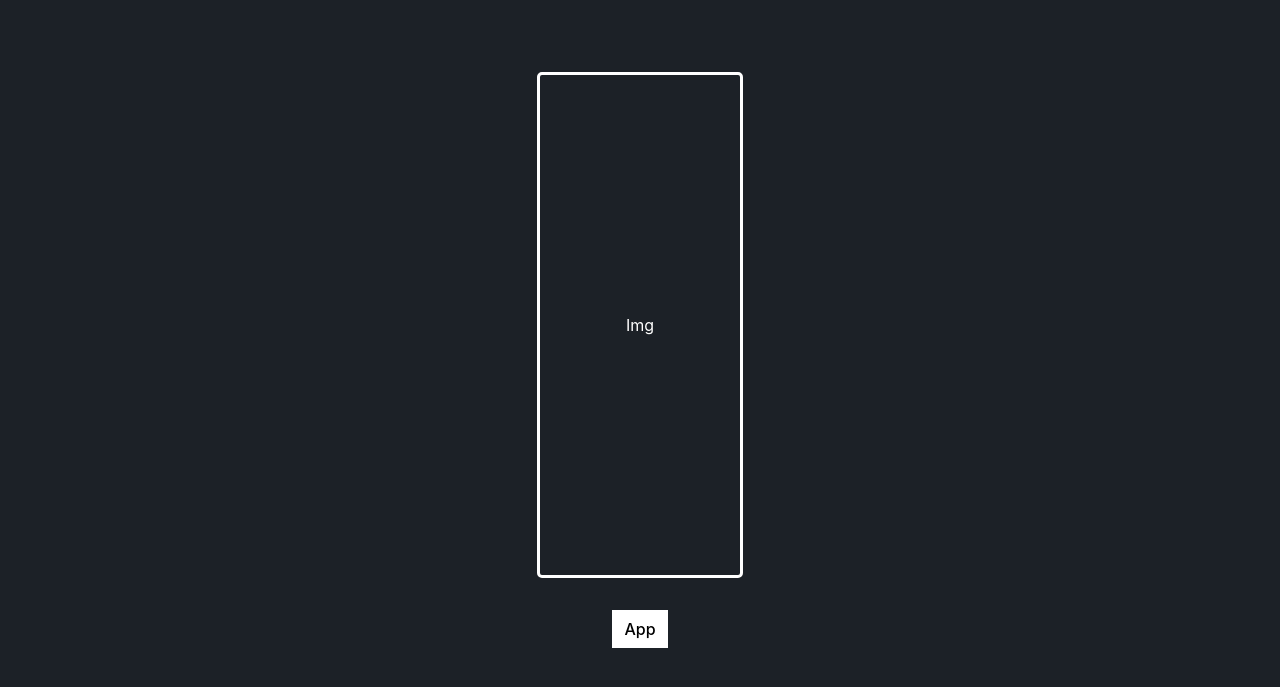
Repository: StephaneCash/Reconnaissance_Immatriculation_Plate
Page: /
These files come from the project's save history. The page is drawn as it stood at one moment and after the next save; the edit follows.
The browser window is 1280 px wide. The pictures show the whole page.
The project was rebuilt for these pictures with package versions that can differ from the ones it lists, and the page was loaded fresh each time.

Above is the page before, as saved 2021-11-22 00:21:41.

After the next save:
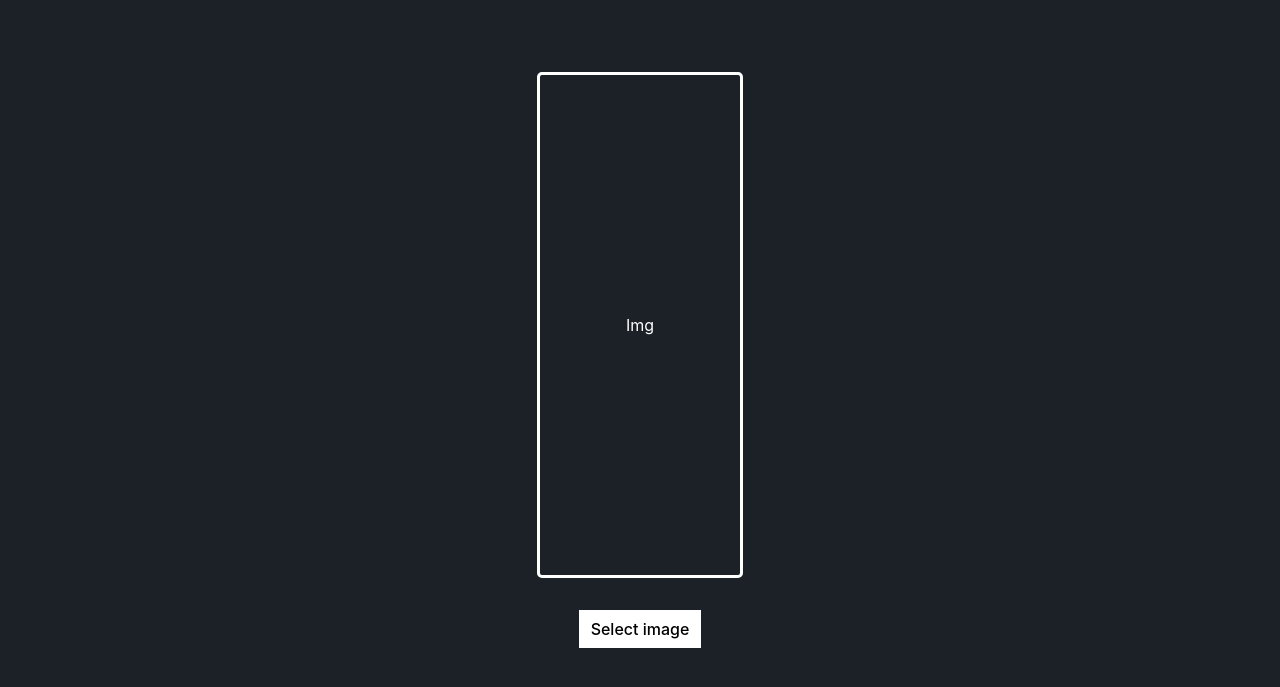
Saved 76 s later.
--- a/src/App.js
+++ b/src/App.js
@@ -23,8 +23,8 @@ function App() {
       <div className="input">
         <input type="file" />
       </div>
-      <div className="SelectButton">
-        App
+      <div className="SelectButton" onClick={openFilePicker}>
+        Select image
       </div>
     </div>
   )
